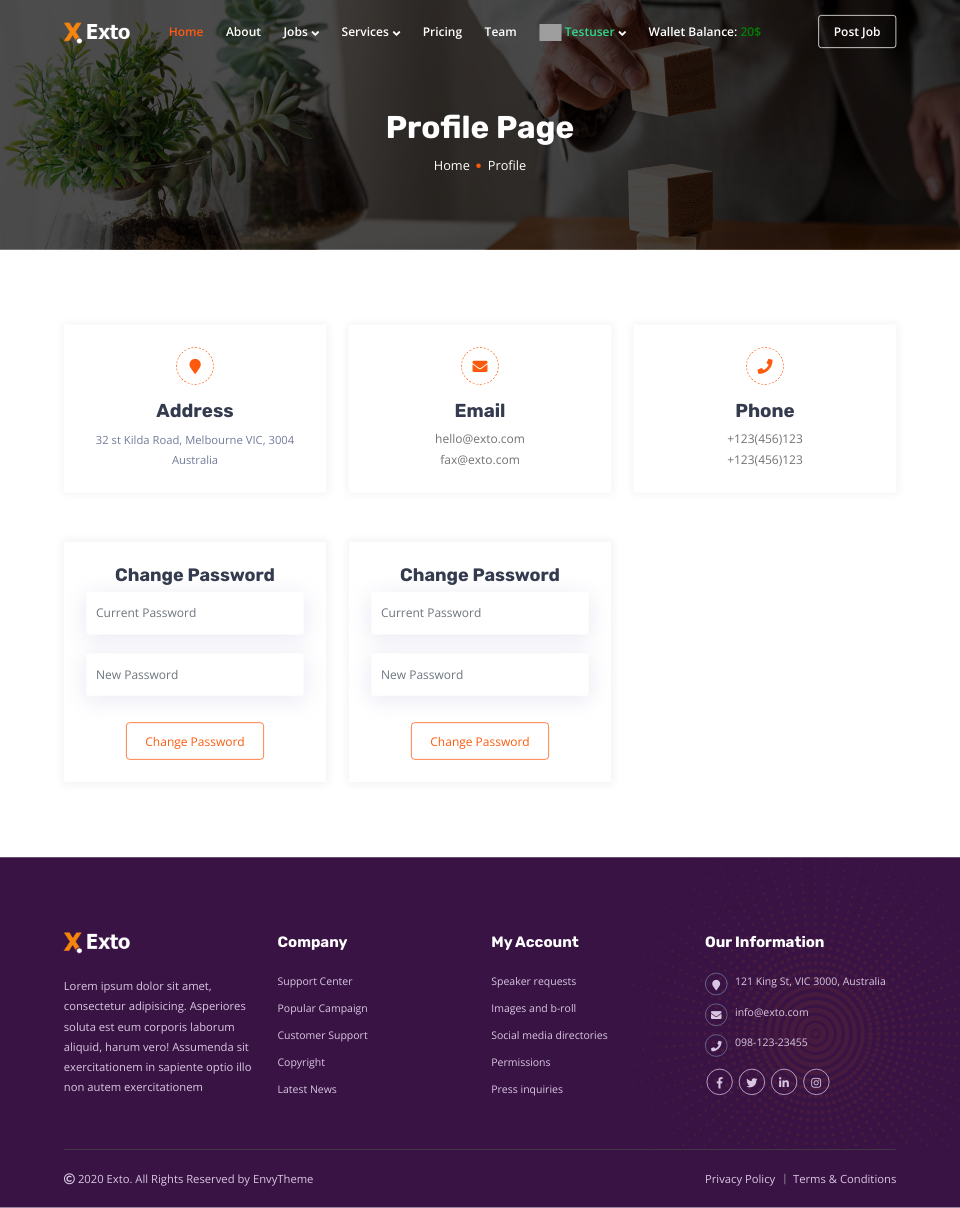
Repository: aakashrajput/XtremeWorks
Page: http://localhost/user/profile
An editor plug-in stored every save of this project. The page is shown before and after the next save, followed by the edit.
The browser window is 1280 px wide. The pictures show the whole page, at 75% of full size.
Pictures or frames that could not be fetched are drawn as grey boxes. The page is served by the project's Laravel application, run on PHP 8.4 with Laravel 8. A made-up administrator, Test User (test@example.com), is signed in.

Above is the page before, as saved 2020-03-26 14:39:52.

After the next save:
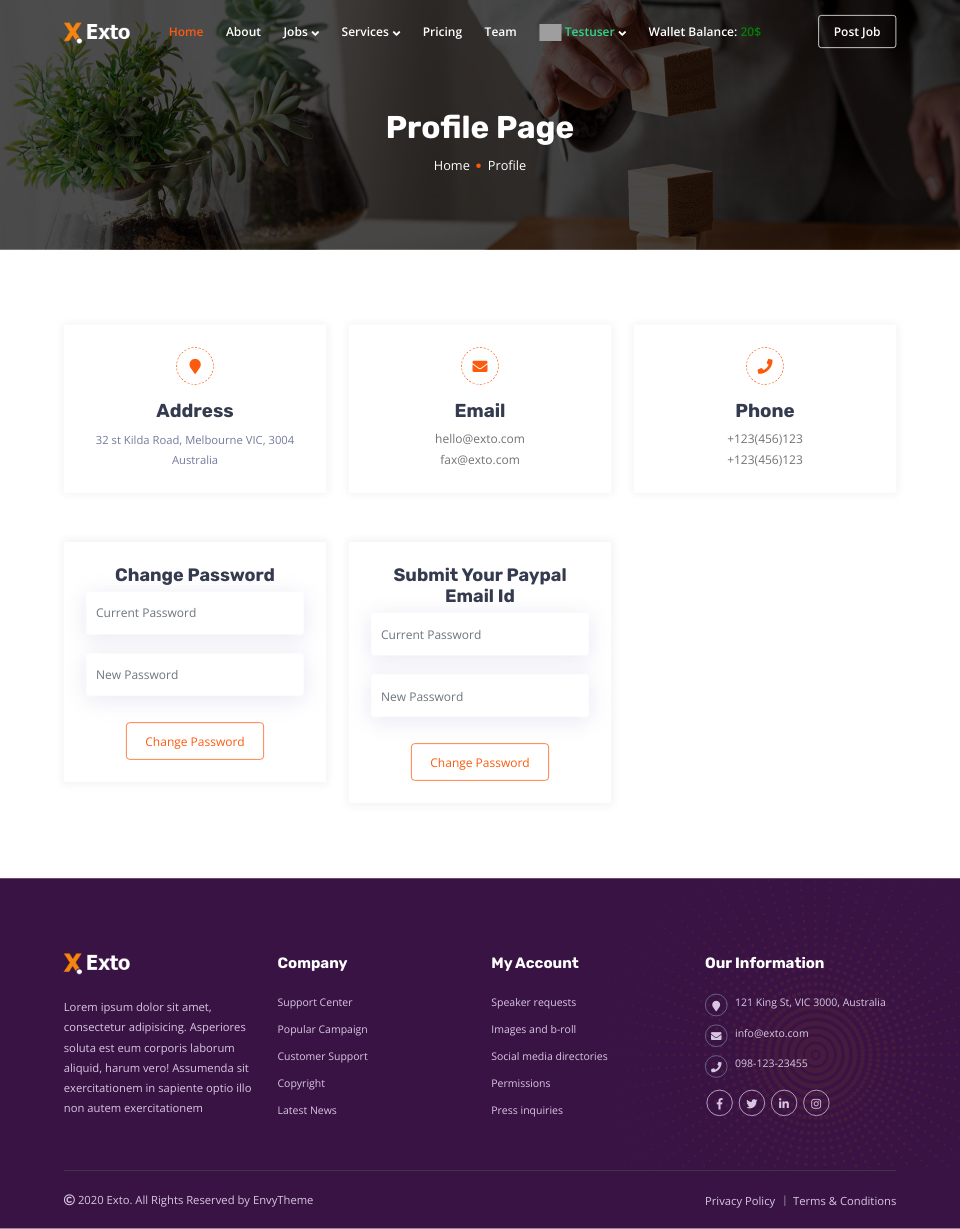
Saved 23 s later.
--- a/resources/views/user/profile.blade.php
+++ b/resources/views/user/profile.blade.php
@@ -86,7 +86,7 @@
             </div>
             <div class="col-lg-4">
                 <div class="contact-form">
-                    <center><h4>Change Password</h4></center>
+                    <center><h4>Submit Your Paypal Email Id</h4></center>
                     <form id="contactForm">
                         <div class="row">
                             <div class="col-lg-12">
